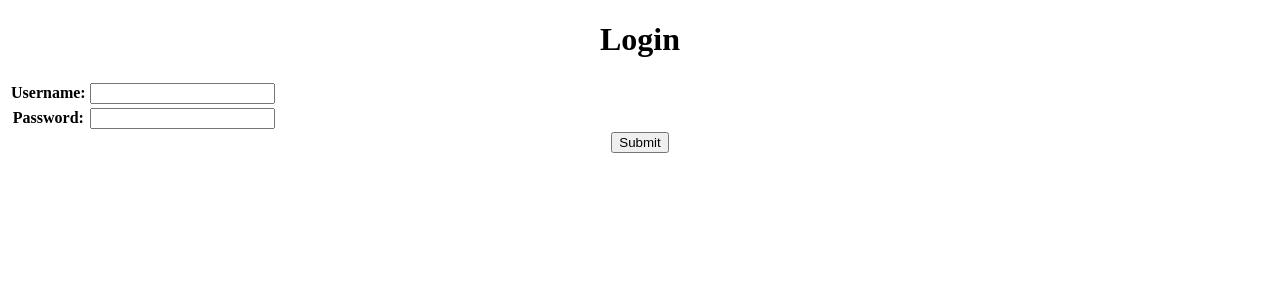
Repository: Sourabhmag/week-5
Page: http://localhost/LoginApp/login.jsp
The author's editor kept a copy of each file at every save. The page is drawn from the files as they stood at one save, then again after the next save.
The browser window is 1280 px wide. The pictures show the whole page.
The page is served by Tomcat 9. Other server files are loaded and not shown.

Above is the page before, as saved 2019-11-06 10:26:10.

### LoginApp/WebContent/login.jsp
<%@ page language="java" contentType="text/html; charset=UTF-8"
	pageEncoding="UTF-8"%>
<!DOCTYPE html>
<html>
<head>
<style type="text/css">
	form {text-align:center;}
	table {text-align:center;}
	tr {text-align:center;}
	th {text-align:center;}
	h1 {text-align:center;}
</style>
<meta charset="UTF-8">
<title>Welcome to my Website</title>
</head>
<body>
	<h1>Login</h1>
	<form>
	<table>
		<tr>
			<th style="text-align:center">Username:</th>
			<th style="text-align:center"><input type="text" name="firstname"></th>
		</tr>
		<tr>
			<th style="text-align:center">Password:</th>
			<th style="text-align:center"><input type="text" name="lastname"></th>
		</tr>
	</table>
		<input type="submit" value="Submit">
	</form>
</body>
</html>

After the next save:
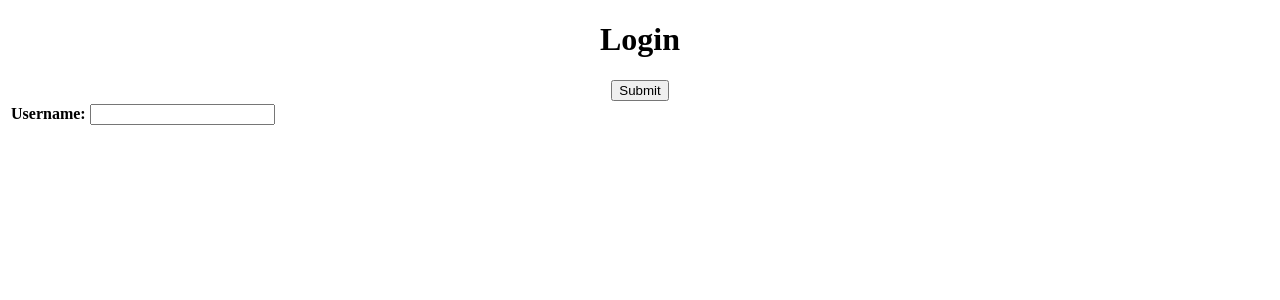
Saved 2 min 8 s later.
--- a/LoginApp/WebContent/login.jsp
+++ b/LoginApp/WebContent/login.jsp
@@ -17,16 +17,13 @@
 	<h1>Login</h1>
 	<form>
 	<table>
-		<tr>
-			<th style="text-align:center">Username:</th>
-			<th style="text-align:center"><input type="text" name="firstname"></th>
-		</tr>
-		<tr>
-			<th style="text-align:center">Password:</th>
-			<th style="text-align:center"><input type="text" name="lastname"></th>
-		</tr>
-	</table>
+		<tr><th >Username:</th> <th ><input type="text" name="firstname"></th></tr>
+
+
+
+
 		<input type="submit" value="Submit">
+		</table>
 	</form>
 </body>
 </html>
